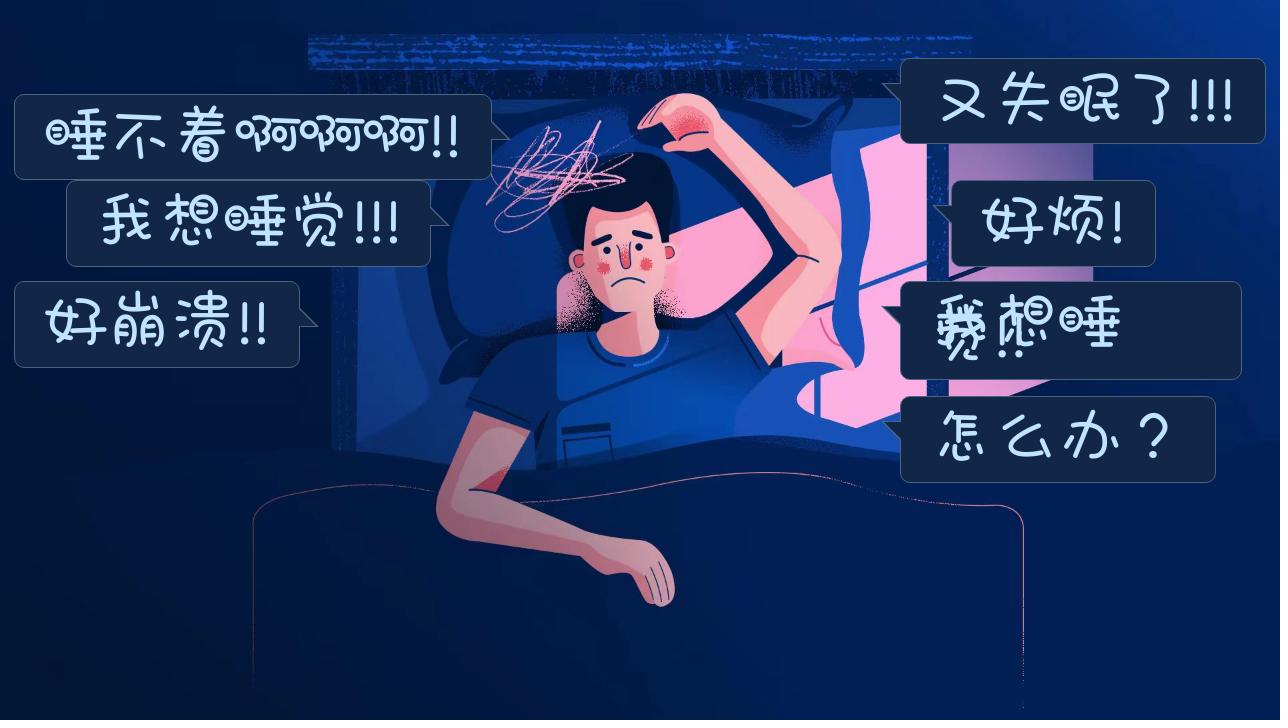
Repository: chjyume/zhongyi
Page: index2.html
The author's editor kept a copy of each file at every save. The page is drawn from the files as they stood at one save, then again after the next save.
The browser window is 1280 px wide. The page is 1288 px wide, so the pictures cover 1288 px, including what lies to the right of the window. The pictures show the whole page.

Above is the page before, as saved 2023-08-29 22:59:41.

After the next save:
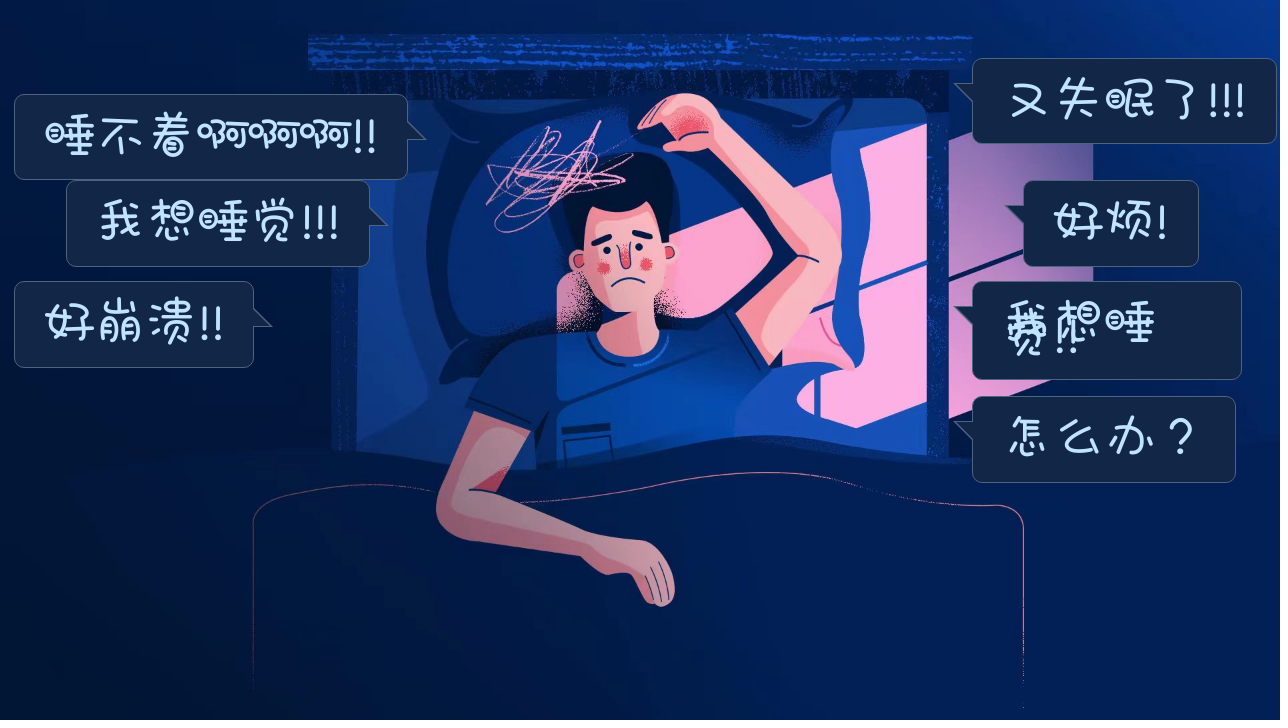
Saved 61 s later.
--- a/css/index2.css
+++ b/css/index2.css
@@ -2,13 +2,13 @@
   display: inline-block;
   height: 8vh;
   font-family: HYLeMiaoTi;
-  font-size: 5vw;
+  font-size: 4vw;
   line-height: 1vw;
 }
 .bubble1 {
     position: fixed;
     padding: 5vh 4vh;
-    left: 125vh;
+    left: 135vh;
     color: #c0e3ff;
     background: #122648;
     border: 1px solid #4e637e;
